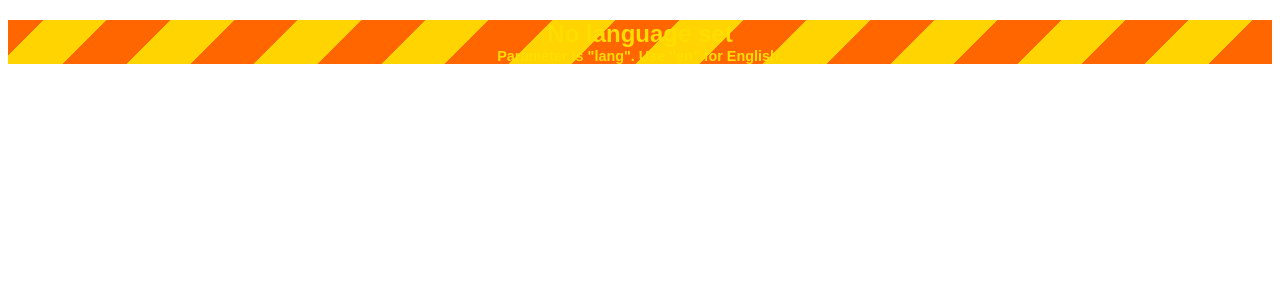
Repository: cirisus/ArknighTimer
Page: timer.html
The author's editor kept a copy of each file at every save. The page is drawn from the files as they stood at one save, then again after the next save.
The browser window is 1280 px wide. The pictures show the whole page.

Above is the page before, as saved 2024-03-09 00:45:20.

### timer.html
<!DOCTYPE html>
<html>
  <head>
    <meta charset="UTF-8">
    <meta name="description" content="明日方舟同人中文站计时器本体">
    <meta name="keywords" content="arknights,wiki,timer">
    <link rel="stylesheet" href="/ArknighTimer/timer.css">
    <script src="/ArknighTimer/timer.js"></script>
    <title>计时器初始化中……</title>
  </head>

  <body>
    <noscript>This application requires Javascript to function.</noscript>

    <div id="timer">
      <h2 id="title"></h2>

      <div id="clock">
        <div id="years-div" class="unit">
          <span id="years" class="unit-value"></span>
          <span id="years-label" class="unit-label"></span>
        </div>

        <div id="months-div" class="unit">
          <span id="months" class="unit-value"></span>
          <span id="months-label" class="unit-label"></span>
        </div>

        <div id="days-div" class="unit">
          <span id="days" class="unit-value"></span>
          <span id="days-label" class="unit-label"></span>
        </div>

        <div id="hours-div" class="unit">
          <span id="hours" class="unit-value"></span>
          <span id="hours-label" class="unit-label"></span>
        </div>

        <div id="minutes-div" class="unit">
          <span id="minutes" class="unit-value"></span>
          <span id="minutes-label" class="unit-label"></span>
        </div>

        <div id="seconds-div" class="unit">
          <span id="seconds" class="unit-value"></span>
          <span id="seconds-label" class="unit-label"></span>
        </div>
      </div>
    </div>
  </body>
</html>

### timer.css
@import url('https://fonts.googleapis.com/css2?family=Bebas+Neue&display=swap');
:root {
  --primary-accent: 255, 102, 0;
  --secondary-accent: 255, 212, 0;
  --scale-3: 80,80,80;
}
body {
  font-family: Arial, sans-serif;
}
#timer {
  border-color: rgb(var(--primary-accent));
  background: repeating-linear-gradient(-45deg, rgb(var(--primary-accent)), rgb(var(--primary-accent)) 45px, rgb(var(--secondary-accent)) 0, rgb(var(--secondary-accent)) 90px);
}
#title {
  text-align: center;
}

#clock {
  background-color: rgb(var(--scale-3));
  -webkit-backdrop-filter: blur(5rem);
  backdrop-filter: blur(5rem);
  text-align: center;
  border-radius: 0.25em;
  margin: 1em;
}

.unit {
  display: inline-block;
  margin: 0.5em;
}

.unit-value {
  font-family: "Bebas Neue", sans-serif;
  font-size: 2em;
  background-color: #ccc;
  border-radius: 0.25em;
  padding: 0.15em;
}

.unit-label {
  font-size: 1.5em;
}

/* Basic utility classes */
.hidden {
  display: none;
}

.error {
  color: #fd0;
}

.error-secondary {
  font-size: 0.6em;
}

.progress {
  color: black;
}

.finished {
  color: #282;
}

### timer.js
// Constants
var SECONDS_MS = 1000;
var MINUTES_MS = SECONDS_MS * 60;
var HOURS_MS = MINUTES_MS * 60;
var DAYS_MS = HOURS_MS * 24;

var SECONDS_ENUM = 0;
var MINUTES_ENUM = 1;
var HOURS_ENUM = 2;
var DAYS_ENUM = 3;
var MONTHS_ENUM = 4;
var YEARS_ENUM = 5;

// Initialization errors are only in English unfortunately.
function setError(primary, secondary = null) {
  var titleElement = document.getElementById('title');
  titleElement.classList.add('error');
  titleElement.innerText = primary;

  var clockElement = document.getElementById('clock');
  clockElement.classList.add('hidden');

  if (secondary) {
    var messageElement = document.createElement('div');
    messageElement.classList.add('error-secondary');
    messageElement.innerText = secondary;
    titleElement.appendChild(messageElement);
  }
}

// Localization
function getMessage(language, messageKey) {
  var translations = {
    // English
    'en': {
      'timer-description': 'Timer expiring at',
      'timer-progress': 'This timer will expire in',
      'timer-finished': 'This timer has been expired since',
      'years': 'years',
      'months': 'months',
      'days': 'days',
      'hours': 'hours',
      'minutes': 'minutes',
      'seconds': 'seconds',
    },

    // French
    'fr': {
      'timer-description': 'Fin du compte à rebours à',
      'timer-progress': 'Ce compte à rebours se terminera dans',
      'timer-finished': 'Ce compte à rebous est terminé depuis',
      'years': 'ans',
      'months': 'mois',
      'days': 'jours',
      'hours': 'heures',
      'minutes': 'minutes',
      'seconds': 'secondes',
    },

    // Pig Latin
    'pig': {
      'timer-description': 'Imertay expiringyay atyay',
      'timer-progress': 'Isthay imertay illway expireyay inyay',
      'timer-finished': 'Isthay imertay ashay eenbay expiredyay incesay',
      'years': 'earsyay',
      'months': 'onthsmay',
      'days': 'aysday',
      'hours': 'ourshay',
      'minutes': 'inutesmay',
      'seconds': 'econdssay',
    },

    // Spanish
    'es': {
      'timer-description': 'El temporizador finaliza en',
      'timer-progress': 'El temporizador finalizará en',
      'timer-finished': 'El temporizador ha finalizado desde hace',
      'years': 'años',
      'months': 'meses',
      'days': 'días',
      'hours': 'horas',
      'minutes': 'minutos',
      'seconds': 'segundos',
    },

    // Vietnamese
    'vi': {
      'timer-description': 'Đồng hồ kết thúc vào',
      'timer-progress': 'Đồng hồ sẽ kết thúc trong',
      'timer-finished': 'Đồng hồ này đã kết thúc kể từ',
      'years': 'năm',
      'months': 'tháng',
      'days': 'ngày',
      'hours': 'giờ',
      'minutes': 'phút',
      'seconds': 'giây',
    },

    // Simplified Chinese
    'cn': {
      'timer-description': '此计时器将过期于：',
      'timer-progress': '此计时器将过期于：',
      'timer-finished': '此计时器已过期：',
      'years': '年',
      'months': '月',
      'days': '日',
      'hours': '时',
      'minutes': '分',
      'seconds': '秒',
    },
  };

  // Special case:
  // The 'test' language just echoes the message key back out.
  if (language === 'test') {
    return messageKey;
  }

  // Get message based on language
  var messages = translations[language];
  if (!messages) {
    setError('No translations for language: ' + language);
    return null;
  }

  var message = messages[messageKey];
  if (!message) {
    setError('No such message key: ' + messageKey);
    return null;
  }

  return message;
}

function insertCSS(styling) {
  var head = document.head || document.getElementsByTagName('head')[0];
  var style = document.createElement('style');

  style.type = 'text/css';
  style.appendChild(document.createTextNode(styling));
  head.appendChild(style);
}

function getDaysInFebruary(startYear) {
  return (startYear % 4 === 0 && startYear % 100 !== 0)
    || startYear % 400 === 0 ? 29 : 28;
}

function elapsedData(targetTime) {
  var now = new Date();
  var elapsed = now - targetTime;

  if (elapsed >= 0) {
    // Date is in the past
    return {
      elapsed: elapsed,
      finished: true,
      startTime: targetTime,
      endTime: now,
    };
  } else {
    // Date is in the future
    return {
      elapsed: -elapsed,
      finished: false,
      startTime: now,
      endTime: targetTime,
    };
  }
}

// Based on https://stackoverflow.com/a/49201872
// Calculate differences greater than a day.
function dateDiff(startDate, endDate) {
  // Trim sub-day differences to avoid 0.8 days from rounding up.
  var diff = endDate - startDate;
  diff -= Math.floor(diff % DAYS_MS);
  endDate = new Date(startDate.getTime() + diff);

  // Get month data
  var february = getDaysInFebruary(startDate.getFullYear());
  var daysInMonth = [31, february, 31, 30, 31, 30, 31, 31, 30, 31, 30, 31];

  var yearDiff = endDate.getFullYear() - startDate.getFullYear();
  var monthDiff = endDate.getMonth() - startDate.getMonth();
  if (monthDiff < 0) {
    yearDiff--;
    monthDiff += 12;
  }

  var dayDiff = endDate.getDate() - startDate.getDate();
  if (dayDiff < 0) {
    if (monthDiff > 0) {
      monthDiff--;
    } else {
      yearDiff--;
      monthDiff = 11;
    }

    dayDiff += daysInMonth[startDate.getMonth()];
  }

  return {
    years: yearDiff,
    months: monthDiff,
    days: dayDiff,
  };
}

// Calculate difference in time, in all units
function timeRemaining(targetTime) {
  var data = elapsedData(targetTime);

  // Differences > 1 day
  var dateDiffs = dateDiff(data.startTime, data.endTime);
  var years = dateDiffs.years;
  var months = dateDiffs.months;
  var days = dateDiffs.days;

  // Differences < 1 day
  var elapsed = Math.floor(data.elapsed % DAYS_MS);

  var hours = Math.floor(elapsed / HOURS_MS);
  elapsed = Math.floor(elapsed % HOURS_MS);

  var minutes = Math.floor(elapsed / MINUTES_MS);
  elapsed = Math.floor(elapsed % MINUTES_MS);

  var seconds = Math.floor(elapsed / SECONDS_MS);
  elapsed = Math.floor(elapsed % MINUTES_MS);

  // Get highest unit present
  var highest;
  if (years > 0) {
    highest = YEARS_ENUM;
  } else if (months > 0) {
    highest = MONTHS_ENUM;
  } else if (days > 0) {
    highest = DAYS_ENUM;
  } else if (hours > 0) {
    highest = HOURS_ENUM;
  } else if (minutes > 0) {
    highest = MINUTES_ENUM;
  } else {
    highest = SECONDS_ENUM;
  }

  return {
    years: years,
    months: months,
    days: days,
    hours: hours,
    minutes: minutes,
    seconds: seconds,
    finished: data.finished,
    highest: highest,
  };
}

function setTimerField(language, field, value) {
  var visible = value !== null;

  if (visible) {
    document.getElementById(field).innerText = value;
  }

  setTimerFieldVisibility(field, visible);
}

function setTimerFieldVisibility(field, visible) {
  var element = document.getElementById(field + '-div');

  if (visible) {
    element.classList.remove('hidden');
  } else {
    element.classList.add('hidden');
  }
}

function createTimer(language, targetTime, progressMessage, finishedMessage) {
  progressMessage = progressMessage || getMessage(language, 'timer-progress');
  finishedMessage = finishedMessage || getMessage(language, 'timer-finished');

  // Update routine, to invoke every second
  var timerFields = [
    ['years', YEARS_ENUM, 1],
    ['months', MONTHS_ENUM, 1],
    ['days', DAYS_ENUM, 1],
    ['hours', HOURS_ENUM, 2],
    ['minutes', MINUTES_ENUM, 2],
    ['seconds', SECONDS_ENUM, 2],
  ];

  // Initial application of field labels
  for (var i = 0; i < timerFields.length; i++) {
    var field = timerFields[i][0];
    document.getElementById(field + '-label').innerText = getMessage(language, field);
  }

  function updateTimer() {
    var remaining = timeRemaining(targetTime);

    // Set title message
    var titleElement = document.getElementById('title');

    if (remaining.finished) {
      titleElement.innerText = finishedMessage;
      titleElement.classList = ['finished'];
    } else {
      titleElement.innerText = progressMessage;
      titleElement.classList = ['progress'];
    }

    // Set individual timer fields
    for (var i = 0; i < timerFields.length; i++) {
      var field = timerFields[i][0];
      var fieldEnum = timerFields[i][1];
      var padWidth = timerFields[i][2];

      // If the value is to be shown, then display it.
      // Ensure digits are padded to the appropriate width.
      var value = remaining.highest >= fieldEnum
        ? String(remaining[field]).padStart(padWidth, '0')
        : null;

      setTimerField(language, field, value);
    }
  }

  // Set title.
  // Since this is meant to be used as an iframe, setting it every tick is pointless.
  document.title = getMessage(language, 'timer-description') + ' ' + targetTime;

  // Configure timer to run regularly.
  updateTimer();
  setInterval(updateTimer, 1000);
}

function setup() {
  // Get parameters
  var url = new URL(window.location.href);
  var parameters = new URLSearchParams(url.search);
  var language = parameters.get('lang');
  var timestamp = parameters.get('time');
  var progressMessage = parameters.get('progress');
  var finishedMessage = parameters.get('finished');
  var styling = parameters.get('style'); // allows custom CSS to be injected

  // Check parameters
  if (!language) {
    setError('No language set', 'Parameter is "lang". Use "en" for English.');
    return;
  }

  if (!timestamp) {
    setError('No timestamp set', 'Parameter is "time". You can use a UNIX timestamp or an ISO string.');
    return;
  }

  var targetTime;
  if (/^\d+(\.\d+)?$/.exec(timestamp)) {
    targetTime = new Date(parseFloat(timestamp) * 1000);
  } else {
    targetTime = new Date(timestamp);
    if (isNaN(targetTime)) {
      setError('Invalid timestamp', timestamp);
      return;
    }
  }

  // Insert custom CSS, if any
  if (styling !== null) {
    insertCSS(styling);
  }

  // Initialize clock
  createTimer(language, targetTime, progressMessage, finishedMessage);
}

setTimeout(setup, 5);

After the next save:
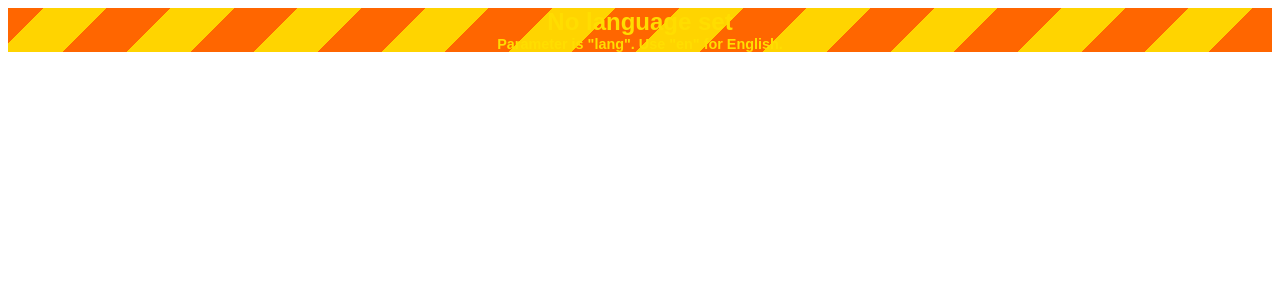
Saved 10 h 52 min later.
--- a/timer.css
+++ b/timer.css
@@ -13,6 +13,8 @@
 }
 #title {
   text-align: center;
+  margin-block-start: 0;
+  margin-block-end: 0;
 }
 
 #clock {
